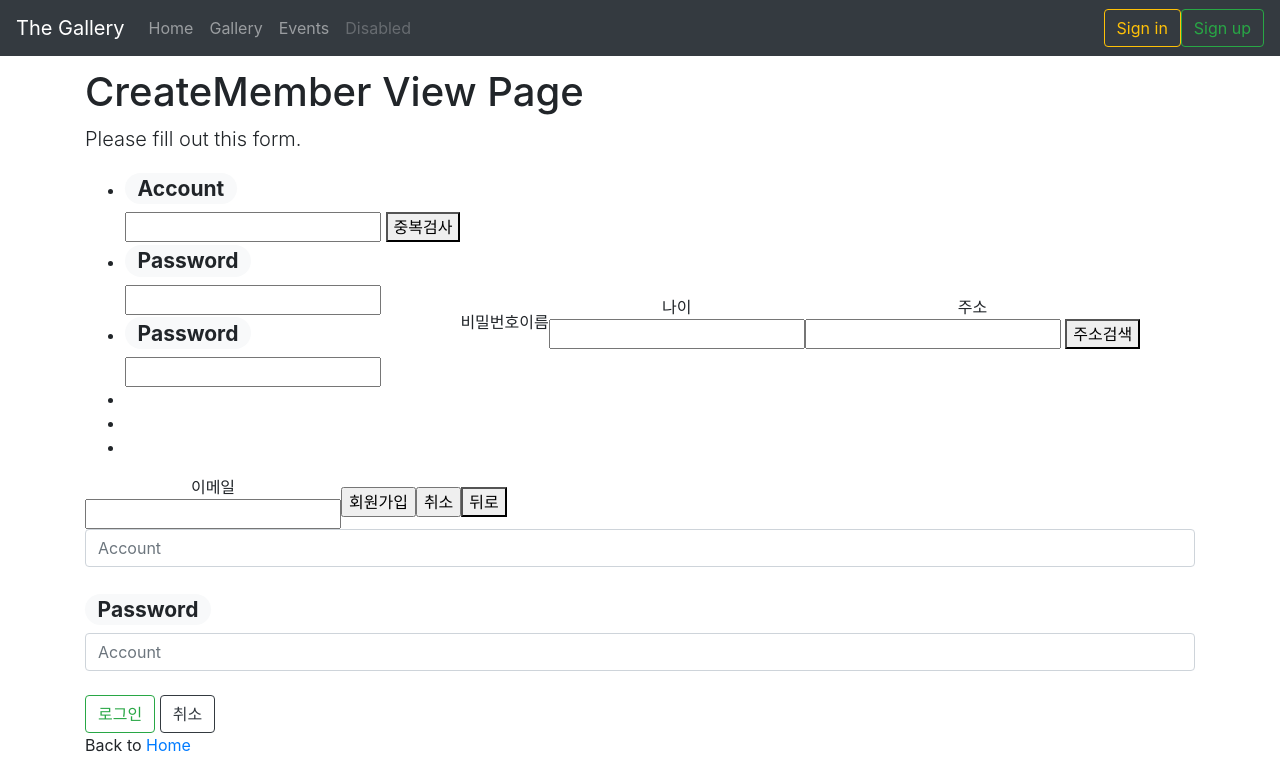
Repository: caramelsyrup/SpringProject1
Page: http://localhost/gallery/WEB-INF/views/member/createMember.jsp
These files come from the project's save history. The page is drawn as it stood at one moment and after the next save; the edit follows.
The browser window is 1280 px wide. The pictures show the whole page.
The page is served by Tomcat 9. Nobody is signed in. Other server files are loaded and not shown. The template is opened directly, without the code that normally fills it, so the values that code supplies are empty.

Above is the page before, as saved 2020-11-17 03:45:43.

### gallery/src/main/webapp/WEB-INF/views/member/createMember.jsp
<%@ page language="java" contentType="text/html; charset=UTF-8" pageEncoding="UTF-8"%>
<%@ include file="/resources/includes/header.jsp" %>
<!DOCTYPE html>
<html>
<head>
<meta charset="UTF-8">
<title>createMember Page</title>
</head>
<main role="main" class="flex-shrink-1" style="margin-top: 20px">
  <div class="container">
    <h1 class="mt-5">CreateMember View Page</h1>
    <p class="lead">Please fill out this form.</p>
    <form  class="form-inline mt-2 mt-md-0" action="/member/createMember" method="post" id="createForm">
		<ul>
			<li>
				<h3><span class="badge badge-pill badge-light">Account</span></h3>
				<!-- 회원 아이디, 시큐리티 떄문에 username으로 정함 -->
				<input type="text" name="username" id="username"/>
				<button type="button" id="btnIDchk">중복검사</button>
			</li>
			<li>
				<h3><span class="badge badge-pill badge-light">Password</span></h3>
				<!-- 회원 비밀번호 -->
				<input type="password" name="password" id="password"/>
			</li>
			<li>
				<h3><span class="badge badge-pill badge-light">Password</span></h3>
				<!-- 회원 이름 -->
				<input type="text" name="membername" id="membername"/>
			</li>
			<li></li>
			<li></li>
			<li></li>
		</ul>
		<div>
			<label>비밀번호</label>

		</div>
		<div>
			<label>이름</label>

		</div>
		<div>
			<label>나이</label>
			<!-- 회원 나이 -->
			<input type="text" name="age" id="age"/>
		</div>
		<div>
			<label>주소</label>
			<!-- 회원 주소 -->
			<input type="text" name="address" id="address"/>
			<button type="button" id="btnAddr">주소검색</button>
		</div>
		<div>
			<label>이메일</label>
			<!-- 회원 이메일주소 -->
			<input type="email" name="email" id="email"/>
		</div>
		<input type="button" id="btndoCreate" value="회원가입">
		<input type="reset" value="취소">
			<button type="button" onclick="history.back()">뒤로</button>
	</form>

        	<input class="form-control mr-sm-2" type="text" placeholder="Account" aria-label="Search" name="username" id="username"><br>
	    <h3><span class="badge badge-pill badge-light">Password</span></h3>
	    	<input class="form-control mr-sm-2" type="text" placeholder="Account" aria-label="Search" name="username" id="username"><br>
        <input class="btn btn-outline-success my-2 my-sm-0" type="button" id="btnLogin" value="로그인">
        <input class="btn btn-outline-dark my-2 my-sm-0" type="reset" value="취소">
   <p>Back to <a href="/">Home</a></p>
  </div>
  	<script src="/resources/js/member.js"></script>
</main>


</body>
</html>

### gallery/src/main/webapp/resources/includes/header.jsp
<%@ taglib prefix="c" uri="http://java.sun.com/jsp/jstl/core" %>
<!DOCTYPE html>
<html>
<head>
<meta charset="UTF-8">
    <meta charset="utf-8">
    <meta name="viewport" content="width=device-width, initial-scale=1, shrink-to-fit=no">
    <meta name="description" content="">
    <meta name="author" content="Mark Otto, Jacob Thornton, and Bootstrap contributors">
    <meta name="generator" content="Jekyll v4.1.1">
<script src="https://code.jquery.com/jquery-3.5.1.js" integrity="sha256-QWo7LDvxbWT2tbbQ97B53yJnYU3WhH/C8ycbRAkjPDc=" crossorigin="anonymous"></script>
<!-- Latest compiled and minified CSS -->
<link rel="stylesheet" href="https://stackpath.bootstrapcdn.com/bootstrap/4.5.2/css/bootstrap.min.css">
<!-- Latest compiled JavaScript -->
<script src="https://stackpath.bootstrapcdn.com/bootstrap/4.5.2/js/bootstrap.min.js"></script>
</head>
<!-- 최상단 -->
<body class="d-flex flex-column h-100">
    <header>
  <!-- Fixed navbar -->
  <nav class="navbar navbar-expand-md navbar-dark fixed-top bg-dark">
    <a class="navbar-brand" href="#">The Gallery</a>
    <button class="navbar-toggler" type="button" data-toggle="collapse" data-target="#navbarCollapse" aria-controls="navbarCollapse" aria-expanded="false" aria-label="Toggle navigation">
      <span class="navbar-toggler-icon"></span>
    </button>
    <div class="collapse navbar-collapse" id="navbarCollapse">
      <ul class="navbar-nav mr-auto">
        <li class="nav-item">
          <a class="nav-link" href="#">Home <!-- <span class="sr-only">(current)</span> --> </a>
        </li>
        <li class="nav-item">
          <a class="nav-link" href="#">Gallery</a>
        </li>
        <li class="nav-item">
          <a class="nav-link" href="#">Events</a>
        </li>
        <li class="nav-item">
	        <c:if test="${member.auth==0}">
	          <a class="nav-link" href="#">Info</a>
	        </c:if>
        </li>
        <li class="nav-item">
          <a class="nav-link disabled" href="#" tabindex="-1" aria-disabled="true">Disabled</a>
        </li>
      </ul>
       <c:choose>
       	<c:when test="${empty member.username}">
       		<a class="btn btn-outline-warning my-2 my-sm-0" href="/member/createMember">Sign in</a>
      		<a class="btn btn-outline-success my-2 my-sm-0" href="/customLogin">Sign up</a>
      	</c:when>
      	<c:otherwise>
        	<a class="btn btn-outline-success my-2 my-sm-0" href="/customLogout">Logout</a>
        </c:otherwise>
        </c:choose>
    </div>
  </nav>
</header>

Loaded but not shown: gallery/src/main/webapp/resources/js/member.js (no copy from this time; the picture is the same without it)

After the next save:
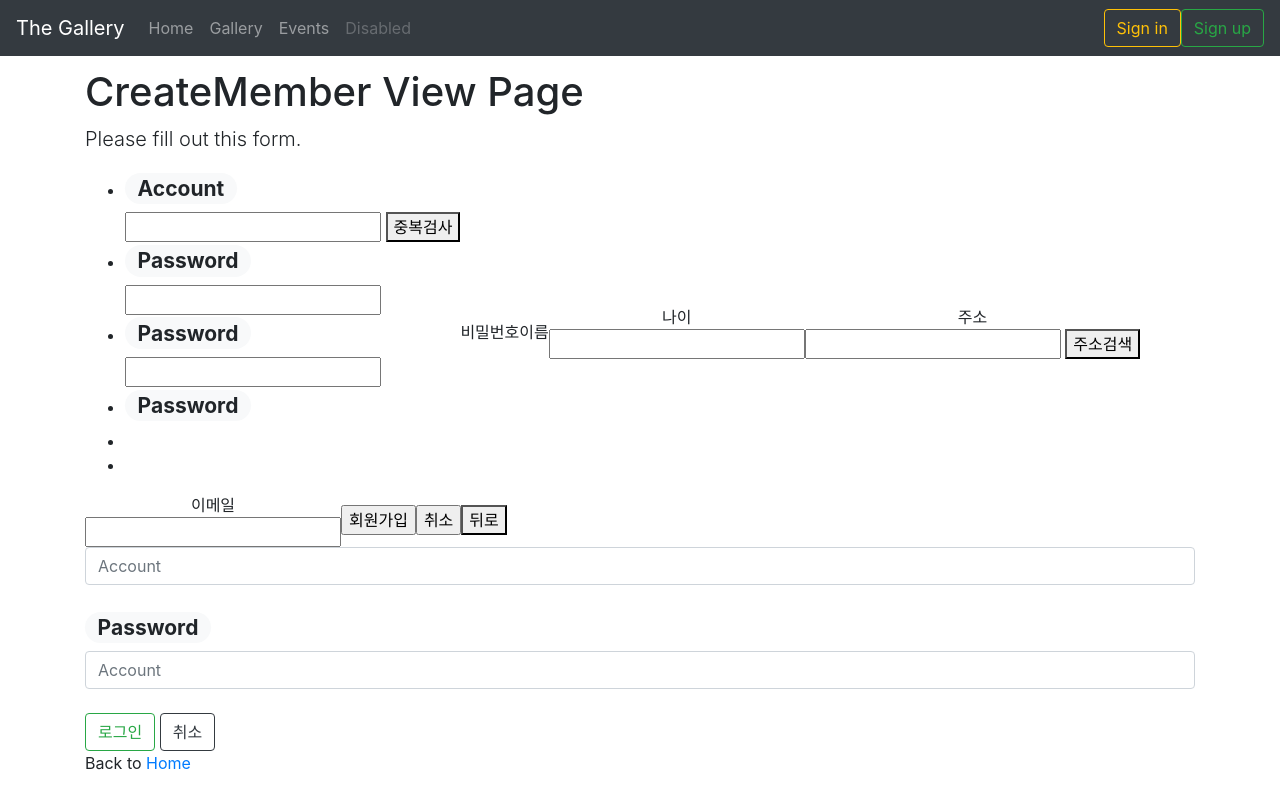
Saved 4 s later.
--- a/gallery/src/main/webapp/WEB-INF/views/member/createMember.jsp
+++ b/gallery/src/main/webapp/WEB-INF/views/member/createMember.jsp
@@ -28,7 +28,9 @@
 				<!-- 회원 이름 -->
 				<input type="text" name="membername" id="membername"/>
 			</li>
-			<li></li>
+			<li>
+				<h3><span class="badge badge-pill badge-light">Password</span></h3>
+			</li>
 			<li></li>
 			<li></li>
 		</ul>
